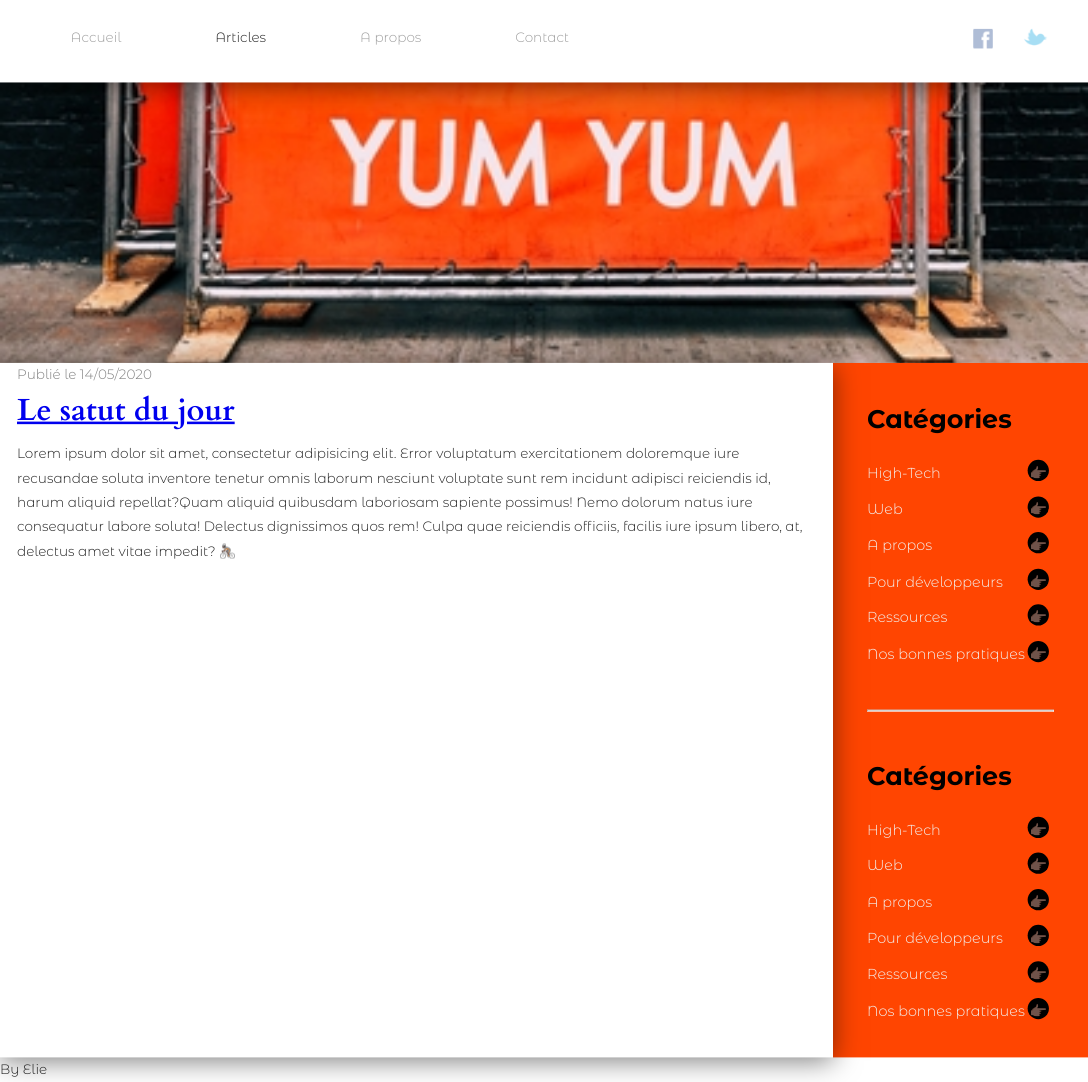
Repository: Elie-Dey/blog-train
Page: article.html
An editor plug-in stored every save of this project. The page is shown before and after the next save, followed by the edit.
The browser window is 1280 px wide. The pictures show the whole page, at 85% of full size.

Above is the page before, as saved 2020-06-18 21:54:04.

After the next save:
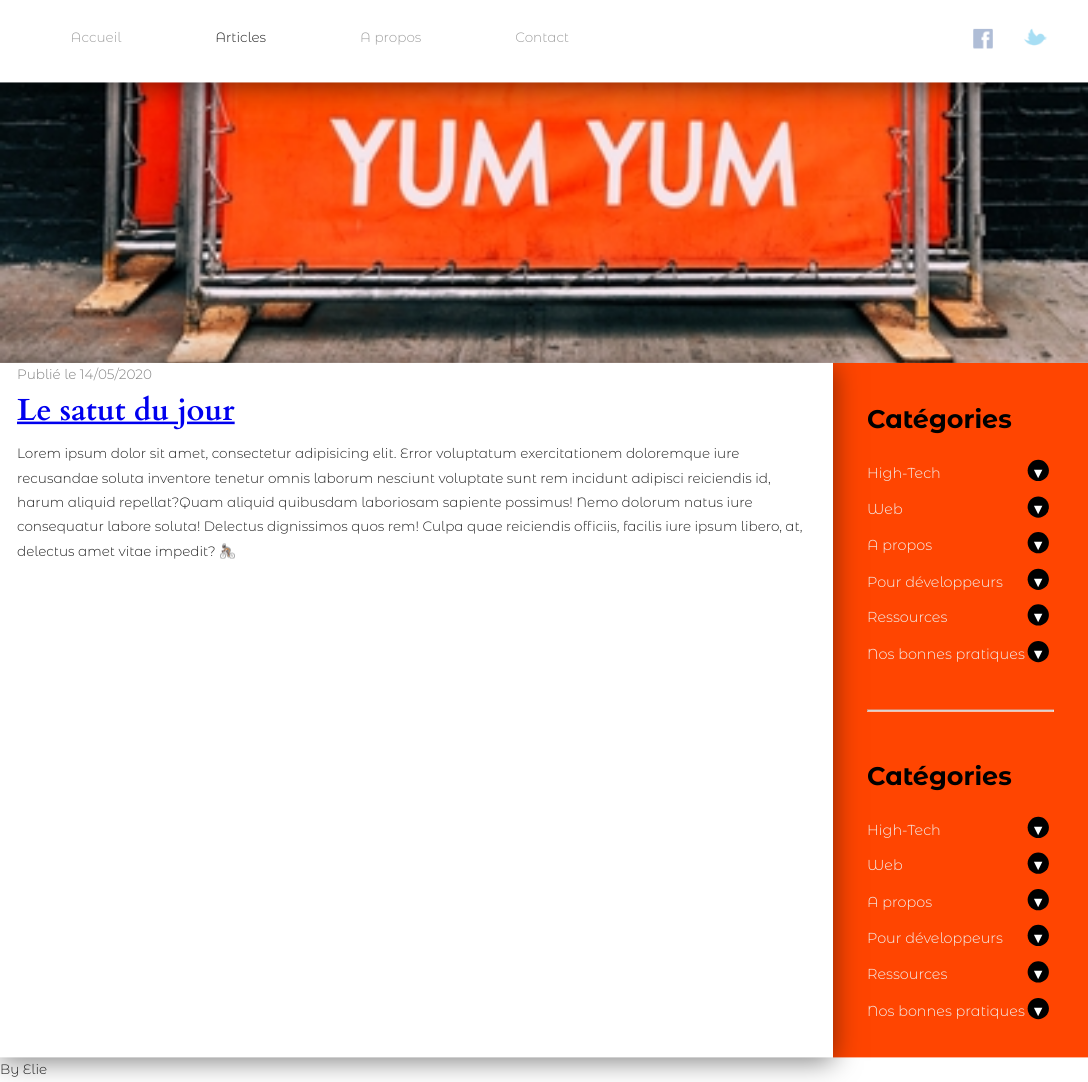
Saved 118 s later.
--- a/style.css
+++ b/style.css
@@ -108,13 +108,13 @@ body, html
 } */
 .sidebar li::after
 {
-    content: '👉🏿';
+    content: '▼';
     float:right;
     background: black;
     color:white;
     width: 25px;
     height: 25px;
-    text-align: center;
+   text-align: center;
     border-radius: 50%;
 }
 .sidebar-title
